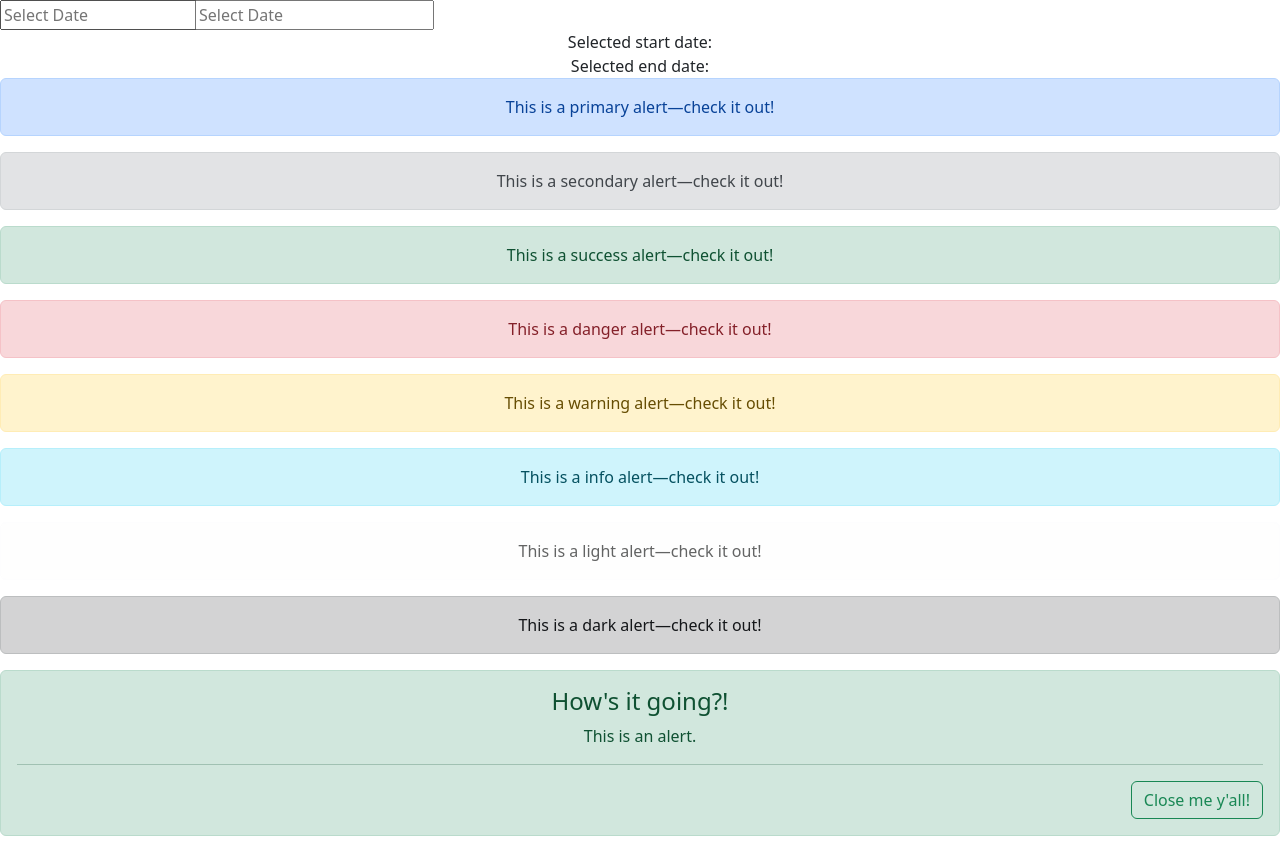
Repository: LizAcu/RugTest
Page: /
These files come from the project's save history. The page is drawn as it stood at one moment and after the next save; the edit follows.
The browser window is 1280 px wide. The pictures show the whole page.
The project was rebuilt for these pictures with package versions that can differ from the ones it lists, and the page was loaded fresh each time.

Above is the page before, as saved 2022-08-25 13:08:35.

After the next save:
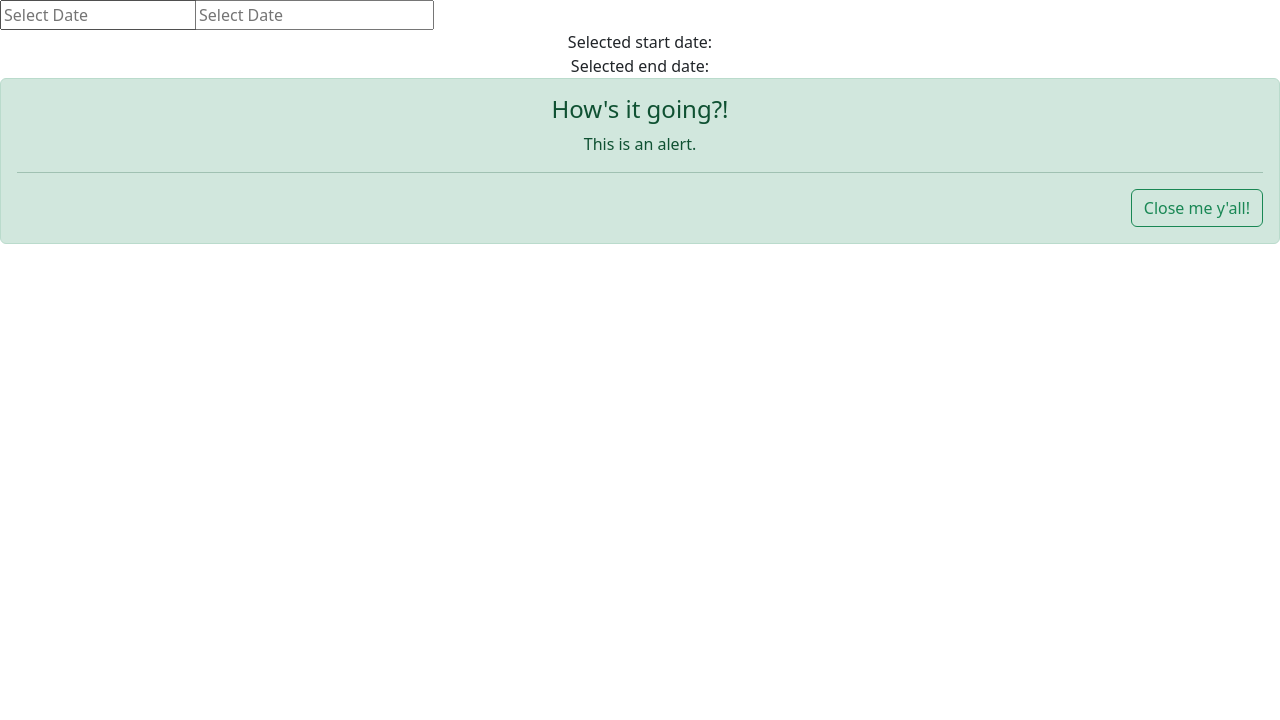
Saved 4 min 46 s later.
--- a/src/WelcomeAlert/WelcomeAlert.js
+++ b/src/WelcomeAlert/WelcomeAlert.js
@@ -6,24 +6,23 @@ import 'bootstrap/dist/css/bootstrap.min.css';
 function AlertDismissible() {
   const [show, setShow] = useState(true);
 
+//   {[
+    // 'primary',
+    // 'secondary',
+    // 'success',
+    // 'danger',
+    // 'warning',
+    // 'info',
+    // 'light',
+    // 'dark',
+//   ].map((variant) => (
+    // <Alert key={variant} variant={variant}>
+      {/* This is a {variant} alert—check it out! */}
+    {/* </Alert> */}
+//   ))}
+//
   return (
     <>
-
-    {[
-        'primary',
-        'secondary',
-        'success',
-        'danger',
-        'warning',
-        'info',
-        'light',
-        'dark',
-      ].map((variant) => (
-        <Alert key={variant} variant={variant}>
-          This is a {variant} alert—check it out!
-        </Alert>
-      ))}
-
 
 
       <Alert show={show} variant="success">
